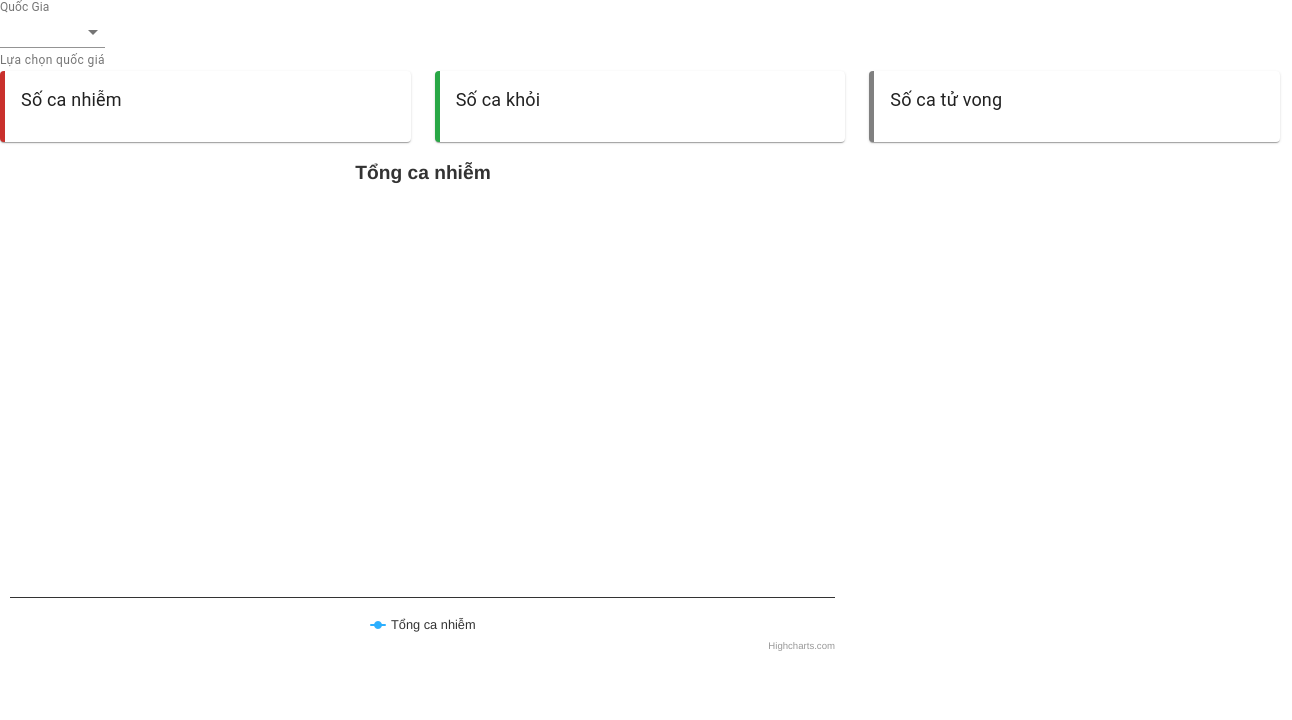
Repository: nguy3nds/covid-app
Page: /
These files come from the project's save history. The page is drawn as it stood at one moment and after the next save; the edit follows.
The browser window is 1280 px wide. The page is 1292 px wide, so the pictures cover 1292 px, including what lies to the right of the window. The pictures show the whole page.
The page's requests for data from a server got no answer. The project was rebuilt for these pictures with package versions that can differ from the ones it lists, and the page was loaded fresh each time. No one was signed in, and anything a server would have sent is missing.

Above is the page before, as saved 2021-10-08 04:50:41.

### src/App.js
import { useEffect, useState } from "react";
import { getCountries } from "./apis";
import CountrySelector from "./components/CountrySelector";
import Highlight from "./components/Highlight";
import Summary from "./components/Summary";
import { getReportByCountry } from "./apis";

function App() {
  const [countries, setCountries] = useState([]);
  const [selectedCountryId, setSelectedCountryId] = useState("");
  const [report, setReport] = useState([]);

  useEffect(() => {
    getCountries().then((res) => {
      setCountries(res.data);
    });
    setSelectedCountryId("vn");
  }, []);

  useEffect(() => {
    const country = countries.find(
      (country) => country.ISO2.toLowerCase() === selectedCountryId
    );
    if (country) {
      getReportByCountry(country.Slug).then((res) => {
        // xoa di gia tri cuoi cung
        res.data.pop();
        setReport(res.data);
      });
    }
  }, [selectedCountryId, countries]);

  const handleOnChange = (e) => {
    setSelectedCountryId(e.target.value);
  };

  return (
    <div>
      <CountrySelector
        countries={countries}
        handleOnChange={handleOnChange}
        value={selectedCountryId}
      />
      <Highlight report={report} />
      <Summary report={report} />
    </div>
  );
}

export default App;

### src/apis/index.js
import axios from "axios";

export const getCountries = () => {
  return axios.get("https://api.covid19api.com/countries");
};

export const getReportByCountry = (country) => {
  return axios.get(`https://api.covid19api.com/dayone/country/${country}`);
};

### src/components/CountrySelector/index.js
import {
  FormControl,
  InputLabel,
  NativeSelect,
  FormHelperText,
} from "@material-ui/core";
import React from "react";

export default function CountrySelector({ value, handleOnChange, countries }) {
  return (
    <FormControl>
      <InputLabel htmlFor="" shrink>
        Quốc Gia
      </InputLabel>
      <NativeSelect
        value={value}
        onChange={handleOnChange}
        inputProps={{ name: "country", id: "country-selector" }}
      >
        {countries.map((country) => {
          return (
            <option value={country.ISO2.toLowerCase()}>
              {country.Country}
            </option>
          );
        })}
      </NativeSelect>
      <FormHelperText>Lựa chọn quốc giá</FormHelperText>
    </FormControl>
  );
}

### src/components/Highlight/index.js
import React from "react";
import { Grid, Card, CardContent, Typography } from "@material-ui/core";
import HighlightCard from "./HighlightCard";

export default function Highlight({ report }) {
  const data = report.length ? report[report.length - 1] : [];
  console.log("data", data);

  let summary = [
    {
      title: "Số ca nhiễm",
      count: data.Confirmed,
      type: "confirmed",
    },
    {
      title: "Số ca khỏi",
      count: data.Recovered,
      type: "recovered",
    },
    {
      title: "Số ca tử vong",
      count: data.Deaths,
      type: "deaths",
    },
  ];

  return (
    <Grid container spacing={3}>
      {summary.map((item) => (
        <HighlightCard title={item.title} count={item.count} type={item.type} />
      ))}
    </Grid>
  );
}

### src/components/Summary/index.js
import React from "react";
import { Grid } from "@material-ui/core";
import LineChart from "../Charts/LineChart";

export default function Summary({ report }) {
  return (
    <Grid container spacing={3}>
      <Grid item sm={8} xs={12}>
        <LineChart data={report}></LineChart>
      </Grid>
      <Grid item sm={4} xs={12}></Grid>
    </Grid>
  );
}

### src/components/Highlight/HighlightCard.js
import React from "react";
import {
  Card,
  CardContent,
  Typography,
  makeStyles,
  Grid,
} from "@material-ui/core";

const useStyle = makeStyles({
  wrapper: (props) => {
    if (props.type === "confirmed") return { borderLeft: "5px solid #c9302c" };
    if (props.type === "recovered") return { borderLeft: "5px solid #28a745" };
    else return { borderLeft: "5px solid gray" };
  },
  title: {
    fontSize: 18,
    marginBottom: 5,
  },
  count: {
    fontWeight: "bold",
    fontSize: 18,
  },
});

export default function HighlightCard({ title, count, type }) {
  const style = useStyle({ type });

  return (
    <Grid item sm={4} xs={12}>
      <Card className={style.wrapper}>
        <CardContent>
          <Typography component="p" variant="body2" className={style.title}>
            {title}
          </Typography>
          <Typography component="span" variant="body2" className={style.count}>
            {count}
          </Typography>
        </CardContent>
      </Card>
    </Grid>
  );
}

### src/components/Charts/LineChart/index.js
import React, { useEffect, useState } from "react";
import Highcharts from "highcharts";
import HighchartsReact from "highcharts-react-official";
import moment from "moment";
import { Button, ButtonGroup } from "@material-ui/core";

const generateOption = (data) => {
  const categories = [];
  return {
    chart: {
      height: 500,
    },
    title: {
      text: "Tổng ca nhiễm",
    },
    xAixis: {
      categories: categories,
      crosshair: true,
    },
    color: ["#F35858"],
    yAxis: {
      min: 0,
      title: {
        text: null,
      },
    },
    tooltip: {
      headerFormat: '<span style="font-size:10px">{point.key}</span>',
      pointFormat:
        '<tr><td td style="color:{series.color};padding:0" > { series.name }: </td>' +
        '<td style="padding:0"><b>{point.y} ca</b></td></tr> ',
      footerFormat: "</table>",
      shared: true,
      useHTML: true,
    },
    plotOptions: {
      column: {
        pointPadding: 0.2,
        borderWidth: 0,
      },
    },
    series: [
      {
        name: "Tổng ca nhiễm",
        data: data.map((item) => item.Confimed),
      },
    ],
  };
};

export default function LineChart({ data }) {
  const [options, setOptions] = useState({});
  useEffect(() => {
    setOptions(generateOption(data));
  }, [data]);

  return <HighchartsReact highcharts={Highcharts} options={options} />;
}

Loaded but not shown: public/index.html (common file); src/index.js (common file); src/index.css (common file)

After the next save:
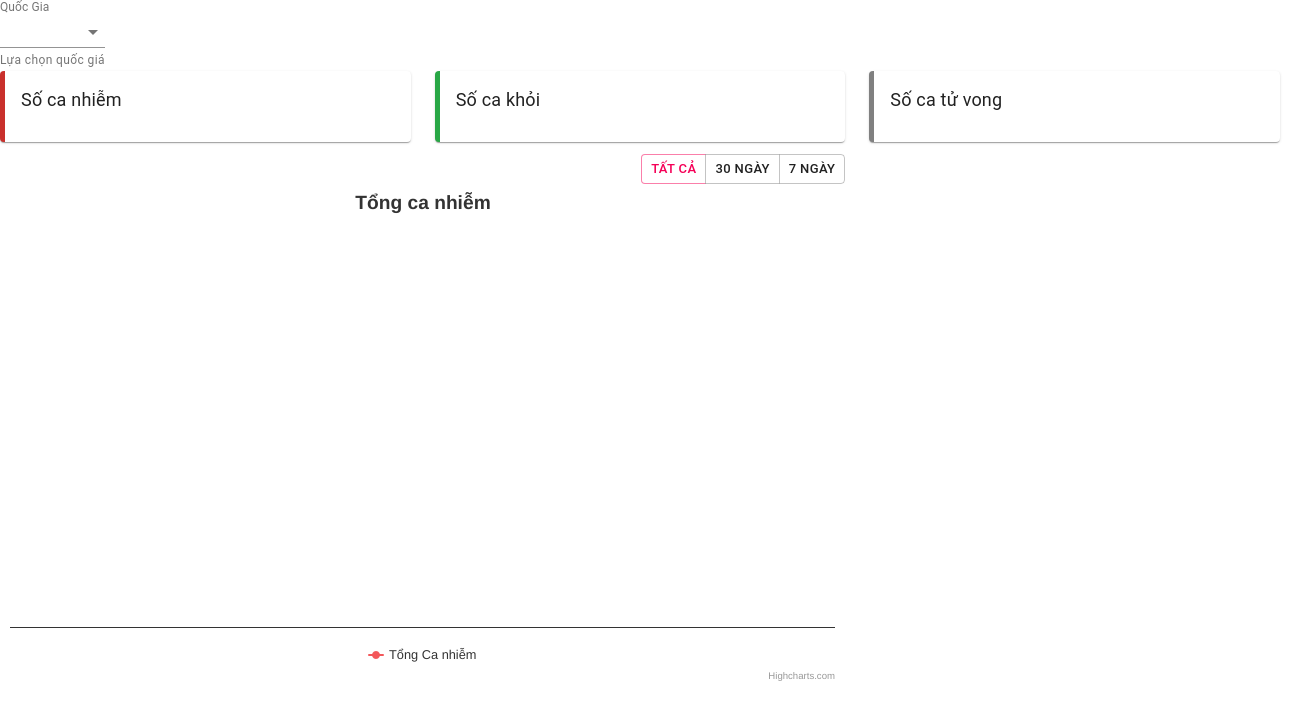
Saved 5 min 41 s later.
--- a/src/components/Charts/LineChart/index.js
+++ b/src/components/Charts/LineChart/index.js
@@ -1,11 +1,72 @@
+// import React, { useEffect, useState } from "react";
+// import Highcharts from "highcharts";
+// import HighchartsReact from "highcharts-react-official";
+// import moment from "moment";
+// import { Button, ButtonGroup } from "@material-ui/core";
+
+// const generateOption = (data) => {
+//   const categories = [];
+//   return {
+//     chart: {
+//       height: 500,
+//     },
+//     title: {
+//       text: "Tổng ca nhiễm",
+//     },
+//     xAixis: {
+//       categories: categories,
+//       crosshair: true,
+//     },
+//     color: ["#F35858"],
+//     yAxis: {
+//       min: 0,
+//       title: {
+//         text: null,
+//       },
+//     },
+//     tooltip: {
+//       headerFormat: '<span style="font-size:10px">{point.key}</span>',
+//       pointFormat:
+//         '<tr><td td style="color:{series.color};padding:0" > { series.name }: </td>' +
+//         '<td style="padding:0"><b>{point.y} ca</b></td></tr> ',
+//       footerFormat: "</table>",
+//       shared: true,
+//       useHTML: true,
+//     },
+//     plotOptions: {
+//       column: {
+//         pointPadding: 0.2,
+//         borderWidth: 0,
+//       },
+//     },
+//     series: [
+//       {
+//         name: "Tổng ca nhiễm",
+//         data: data.map((item) => item.Confimed),
+//       },
+//     ],
+//   };
+// };
+
+// export default function LineChart({ data }) {
+//   const [options, setOptions] = useState({});
+
+//   useEffect(() => {
+//     setOptions(generateOption(data));
+//   }, [data]);
+
+//   return <HighchartsReact highcharts={Highcharts} options={options} />;
+// }
+
 import React, { useEffect, useState } from "react";
 import Highcharts from "highcharts";
 import HighchartsReact from "highcharts-react-official";
 import moment from "moment";
 import { Button, ButtonGroup } from "@material-ui/core";
 
-const generateOption = (data) => {
-  const categories = [];
+const generateOptions = (data) => {
+  const categories = data.map((item) => moment(item.Date).format("DD/MM/YYYY"));
+
   return {
     chart: {
       height: 500,
@@ -13,22 +74,25 @@ const generateOption = (data) => {
     title: {
       text: "Tổng ca nhiễm",
     },
-    xAixis: {
+    xAxis: {
       categories: categories,
       crosshair: true,
     },
-    color: ["#F35858"],
+    colors: ["#F3585B"],
     yAxis: {
       min: 0,
       title: {
         text: null,
       },
+      labels: {
+        align: "right",
+      },
     },
     tooltip: {
-      headerFormat: '<span style="font-size:10px">{point.key}</span>',
+      headerFormat: '<span style="font-size:10px">{point.key}</span><table>',
       pointFormat:
-        '<tr><td td style="color:{series.color};padding:0" > { series.name }: </td>' +
-        '<td style="padding:0"><b>{point.y} ca</b></td></tr> ',
+        '<tr><td style="color:{series.color};padding:0">{series.name}: </td>' +
+        '<td style="padding:0"><b>{point.y} ca</b></td></tr>',
       footerFormat: "</table>",
       shared: true,
       useHTML: true,
@@ -41,8 +105,8 @@ const generateOption = (data) => {
     },
     series: [
       {
-        name: "Tổng ca nhiễm",
-        data: data.map((item) => item.Confimed),
+        name: "Tổng Ca nhiễm",
+        data: data.map((item) => item.Confirmed),
       },
     ],
   };
@@ -50,9 +114,60 @@ const generateOption = (data) => {
 
 export default function LineChart({ data }) {
   const [options, setOptions] = useState({});
+  const [reportType, setReportType] = useState("all");
+  console.log({ data });
+
   useEffect(() => {
-    setOptions(generateOption(data));
-  }, [data]);
+    let customData = [];
+    switch (reportType) {
+      case "all":
+        customData = data;
+        break;
+      case "30":
+        customData = data.slice(Math.max(data.length - 30, 1));
+        break;
+      case "7":
+        customData = data.slice(Math.max(data.length - 7, 1));
+        break;
 
-  return <HighchartsReact highcharts={Highcharts} options={options} />;
+      default:
+        customData = data;
+        break;
+    }
+
+    setOptions(generateOptions(customData));
+  }, [data, reportType]);
+
+  return (
+    <>
+      <ButtonGroup
+        size="small"
+        aria-label="small outlined button group"
+        style={{
+          display: "flex",
+          justifyContent: "flex-end",
+        }}
+      >
+        <Button
+          color={reportType === "all" ? "secondary" : ""}
+          onClick={() => setReportType("all")}
+        >
+          Tất cả
+        </Button>
+        <Button
+          color={reportType === "30" ? "secondary" : ""}
+          onClick={() => setReportType("30")}
+        >
+          30 ngày
+        </Button>
+        <Button
+          color={reportType === "7" ? "secondary" : ""}
+          onClick={() => setReportType("7")}
+        >
+          7 ngày
+        </Button>
+      </ButtonGroup>
+      <HighchartsReact highcharts={Highcharts} options={options} />
+    </>
+  );
 }
